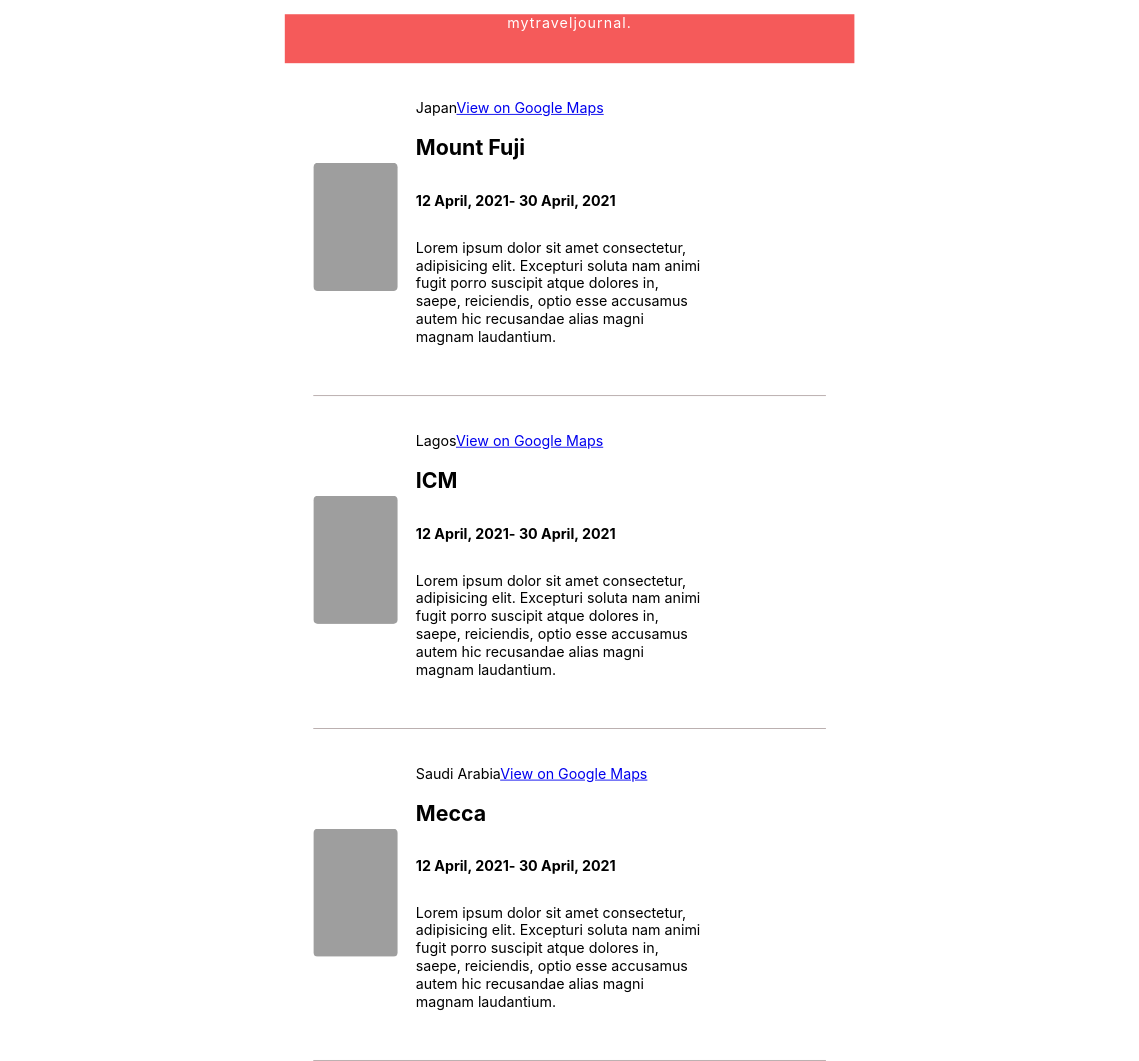
Repository: BuduCE/travel-journal
Page: /
An editor plug-in stored every save of this project. The page is shown before and after the next save, followed by the edit.
The browser window is 1280 px wide. The pictures show the whole page, at 89% of full size.
Pictures or frames that could not be fetched are drawn as grey boxes. The project was rebuilt for these pictures with package versions that can differ from the ones it lists, and the page was loaded fresh each time.

Above is the page before, as saved 2022-08-25 13:32:53.

After the next save:
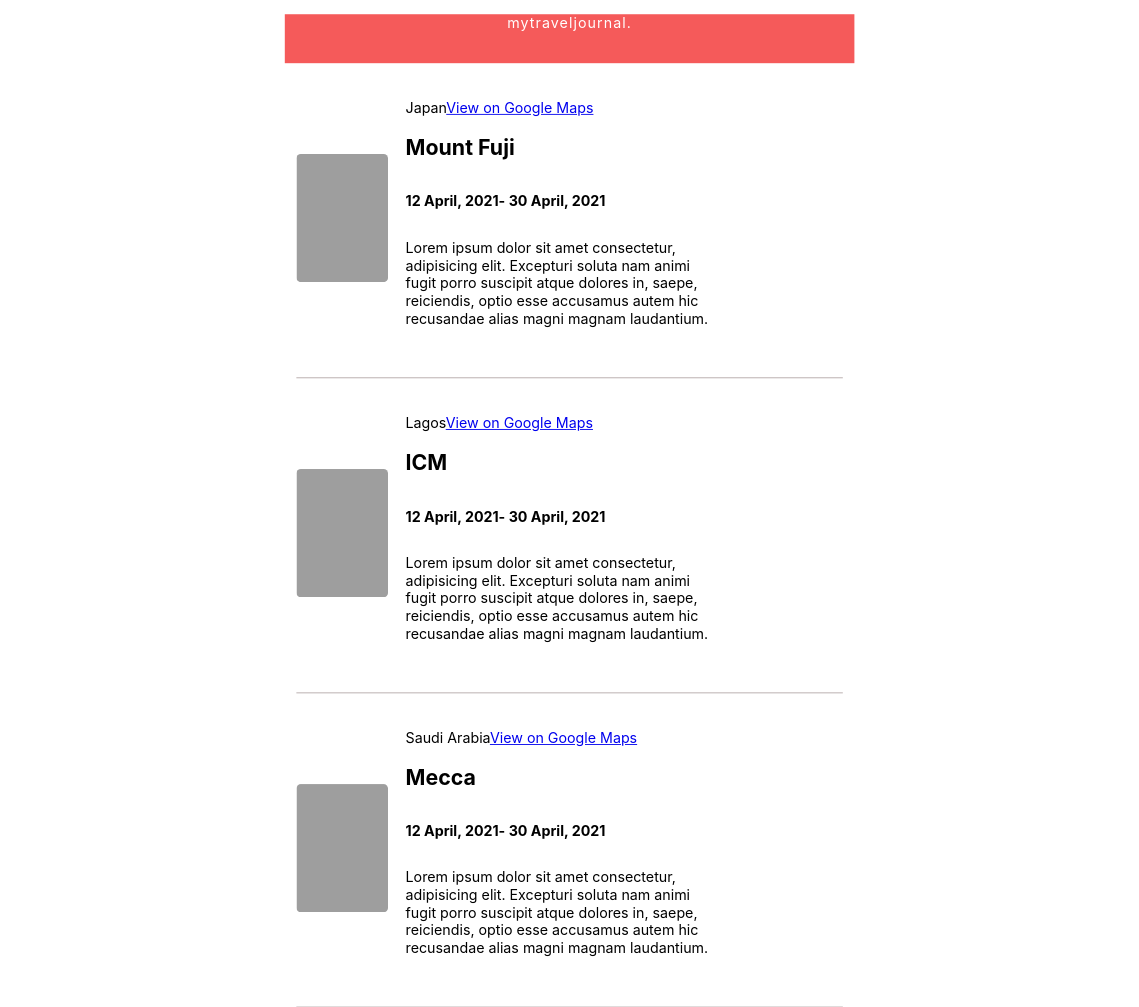
Saved 10 s later.
--- a/src/components/Tour/styles.css
+++ b/src/components/Tour/styles.css
@@ -1,5 +1,5 @@
 .Tour{
-    width: 45%;
+    width: 48%;
     margin: auto;
     display: grid;
     grid-template-columns: 1fr 4fr;

After the save that followed:
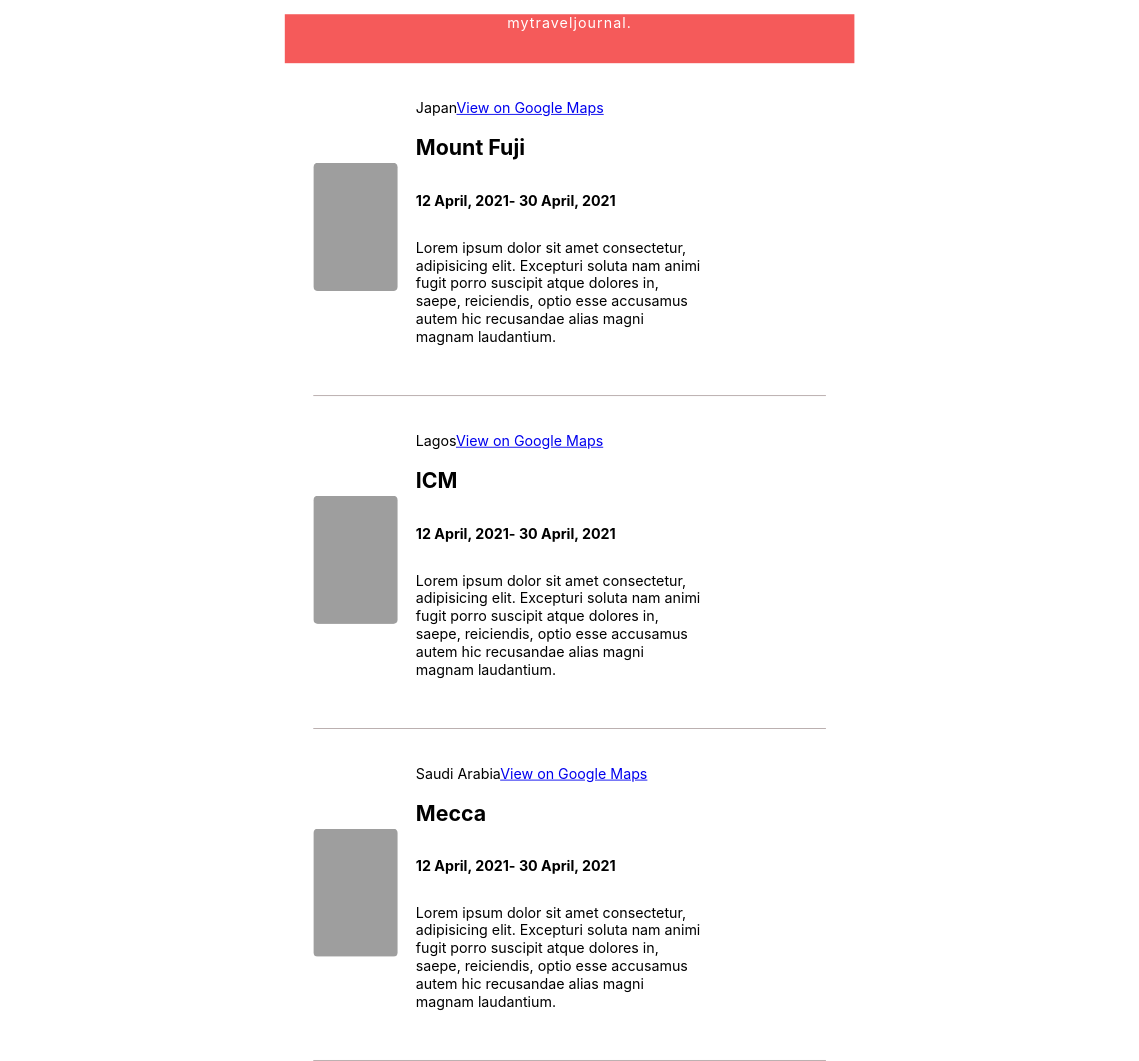
Saved 7 s later.
--- a/src/components/Tour/styles.css
+++ b/src/components/Tour/styles.css
@@ -1,5 +1,5 @@
 .Tour{
-    width: 48%;
+    width: 45%;
     margin: auto;
     display: grid;
     grid-template-columns: 1fr 4fr;
